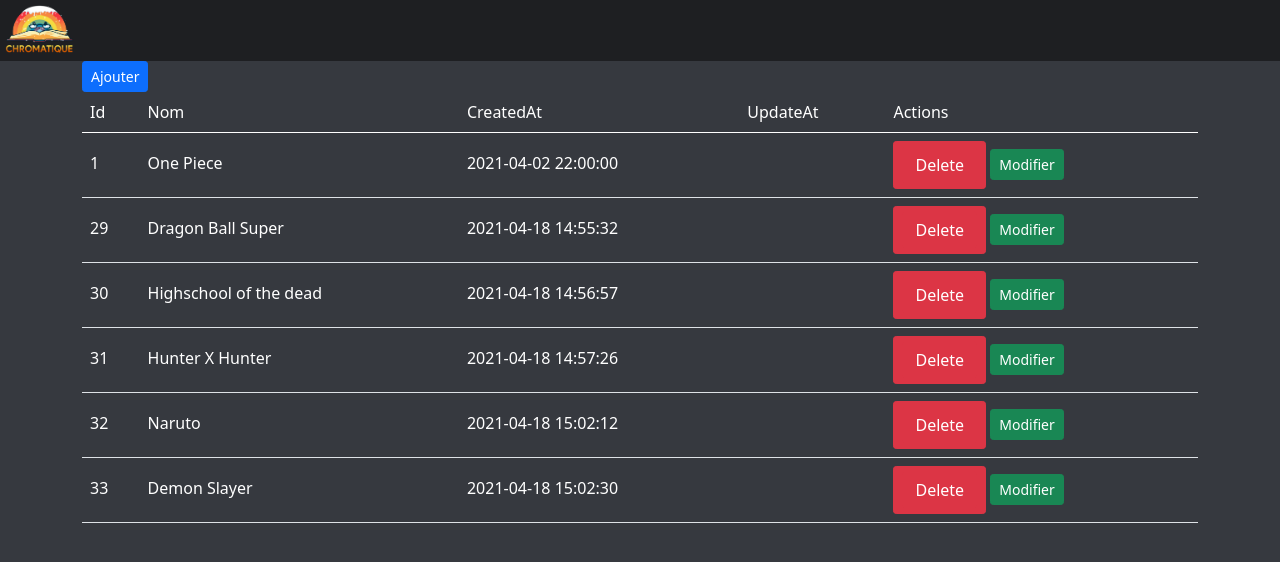
Repository: Codesieg/Chromatique
Page: http://localhost/admin
An editor plug-in stored every save of this project. The page is shown before and after the next save, followed by the edit.
The browser window is 1280 px wide. The pictures show the whole page.
Some icons come from a web library that is not loaded, so they are not drawn. The page is served by the project's Laravel application, run on PHP 8.4 with Laravel 8. Other server files are loaded and not shown. The database holds what the project's SQL file puts in it.

Above is the page before, as saved 2021-04-20 15:56:38.

### chromatique/routes/web.php
<?php


use Illuminate\Support\Facades\Route;
use App\Http\Controllers\MangasController;
use App\Http\Controllers\TomesController;
use App\Http\Controllers\AdminMangasController;

/*
|--------------------------------------------------------------------------
| Web Routes
|--------------------------------------------------------------------------
|
| Here is where you can register web routes for your application. These
| routes are loaded by the RouteServiceProvider within a group which
| contains the "web" middleware group. Now create something great!
|
*/
//-------------- Route front ----------------
// Route::get('/', [MangasController::class,'browse'])->name('browse_mangas');

Route::get(
    '/',
    [MangasController::class, 'browse']
)->name('browse_mangas');

Route::get(
    '/tome/{id}',
    [TomesController::class,'browse']
)->name('browse_tomes');

//-------------- Route back ----------------

Route::get(
    '/admin',
    [AdminMangasController::class, 'browse']
)->name('admin_browse_mangas');

Route::get(
    '/admin/add',
    [AdminMangasController::class, 'form']
)->name('admin_form_manga');

Route::post(
    '/admin/add',
    [AdminMangasController::class, 'add']
)->name('admin_add_manga');

Route::delete(
    '/admin/delete/{id}',
    [AdminMangasController::class, 'delete']
)->name('admin_delete_manga');

### chromatique/app/Http/Controllers/AdminMangasController.php
<?php

namespace App\Http\Controllers;

use App\Models\Mangas;
use Illuminate\Http\Request;
use App\Http\Controllers\Controller;
use Illuminate\Foundation\Auth\User;

class AdminMangasController extends Controller
{
    /**
     * Show all the mangas in database.
     *
     * @return App\Models\Mangas
     */
    public function browse()
    {
        $listManga = Mangas::all();

        return view('admin/browse', [
            'listMangas' => $listManga
        ]);
    }

    /**
     * Show the mangas by id.
     *
     * @return App\Models\Mangas
     */
    public function read($id)
    {
        return view('admin/details', [
            'manga' => Mangas::find($id)
        ]);
    }

    /**
     * Modify the mangas by id.
     *
     * @return App\Models\Mangas
     */
    public function edit($id)
    {
        return view('edit', [
            'manga' => Mangas::find($id)
        ]);
    }

    /**
     * Add a new manga.
     *
     *
     * @return void
     */
    public function form()
    {
        $uploaderList = User::All();
        // dd($uploaderList);

        return view('admin/form',
        ['uploaderList' => $uploaderList]
    );
    }

    /**
     * Show the application dashboard.
     *
     * @return \Illuminate\Http\Response
     */
    public function add(Request $request)
    {
        $mangaName = $request->input('mangaName');
        // $mangaJacket = $request->input('mangaJacket');
        $author = $request->input('author');
        $synopsis = $request->input('synopsis');
        $userId = $request->input('userId');

        $this->validate($request, [
                'mangaJacket' => 'required',
                'mangaJacket.*' => 'mimes:jpg,png'
        ]);
         // à la création d'un nouveua manga il faut créer un nouveau dossier
        // Récupérer le nom du fichier et le renomer

        if($request->hasfile('mangaJacket'))
        {
            $jacket = $request->file('mangaJacket');
            // dump($jacket->path());
            // dump($jacket->hashName());
            $name = '/' . $mangaName . '/' . $mangaName . '.' . $jacket->extension();
            // dump($name);

            $jacket->move(public_path().'/assets/mangas/'. ucfirst($mangaName), $name);
        }

        $file= new Mangas();
        $file->manga_name = $mangaName;
        $file->manga_jacket = ucfirst($name);
        $file->author = $author;
        $file->synopsis = $synopsis;
        $file->users_id = $userId ;
        $file->created_at = new \datetime();
        $file->save();

        // return redirect()->route('profile');
        return back()->with('success', 'Data Your files has been successfully added');
    }

    /**
     * DELETE a  manga.
     *
     * @return App\Models\Mangas
     */
    public function delete($id)
    {
        $manga = Mangas::find($id);

        if ($manga) {
            $manga::destroy($id);
            return back()->with($id . " supprimer", 200);
        } else {
            return back()->with('nop');
        }
    }

}

### chromatique/app/Models/Mangas.php
<?php

namespace App\Models;

use Illuminate\Database\Eloquent\Factories\HasFactory;
use Illuminate\Database\Eloquent\Model;

class Mangas extends Model
{
    use HasFactory;
    protected $fillable = [
        'manga_name',
        'manga_jacket',
        'author',
        'synopsis',
        'manga_banner',
        'users_id',
    ];
}

### chromatique/resources/views/admin/browse.blade.php
@extends ('layout')

@section('contenu')

<div class="container">
    <div class="add">
        <button type="button" class="btn btn-primary btn-sm"><a class="text-decoration-none text-white" href="{{route('admin_form_manga')}}">Ajouter</a></button>
    </div>

    <div class="col-12">
        <table class="table">
            <thead>
            <tr>
                <th class="text-white">Id</th>
                <th class="text-white">Nom</th>
                <th class="text-white">CreatedAt</th>
                <th class="text-white">UpdateAt</th>
                <th class="text-white">Actions</th>
            </tr>
            </thead>
            <tbody>
            @foreach ($listMangas as $manga)
            <tr>
                <td class="text-white">{{$manga->id}}</td>
                <td class="text-white">{{$manga->manga_name}}</td>
                <td class="text-white">{{$manga->created_at}}</td>
                <td class="text-white">{{$manga->update_at}}</td>
                <td>
                    <button type="button" class="btn btn-danger btn-sm text-decoration-none text-white">
                        <form action="{{route('admin_delete_manga', ['id' => $manga->id])}}" method="post">
                            <input class="btn btn-danger" type="submit" value="Delete">
                            <input type="hidden" name="_method" value="delete" />
                            <input type="hidden" name="_token" value="{{ csrf_token() }}">
                        </form>
                    </button>
                    <button type="button" class="btn btn-success btn-sm text-decoration-none text-white">
                        <a class="text-decoration-none text-white"  href="">Modifier</a>
                    </button>
                </td>
            </tr>
            @endforeach
            </tbody>
        </table>
    </div>
</div>
@endsection

### chromatique/resources/views/layout.blade.php
<!DOCTYPE html>
<html lang="fr">

<head>
    <meta charset="UTF-8">
    <meta http-equiv="X-UA-Compatible" content="IE=edge">
    <meta name="viewport" content="width=device-width, initial-scale=1.0">
    <title>Chromatique</title>
    <link rel="stylesheet" href="https://maxst.icons8.com/vue-static/landings/line-awesome/line-awesome/1.3.0/css/line-awesome.min.css">
    <link rel="stylesheet" href="<?= asset('assets/css/reset.css') ?>">
    <link href="https://cdn.jsdelivr.net/npm/bootstrap@5.0.0-beta3/dist/css/bootstrap.min.css" rel="stylesheet" integrity="sha384-eOJMYsd53ii+scO/bJGFsiCZc+5NDVN2yr8+0RDqr0Ql0h+rP48ckxlpbzKgwra6" crossorigin="anonymous">

    <link rel="stylesheet" href="<?= asset('assets/css/style.css') ?>">
</head>

<header>
    <div class="infos-menu">
        <div class="wrapper-menu">
            <img class="logo" src="<?= asset('assets/img/logo.png') ?>" alt="">
            <a href="{{route('browse_mangas')}}"><i class="las la-3x la-home white"></i></a>
            <a href="{{route('admin_browse_mangas')}}"><i class="las la-3x la-user-shield white"></i></a>
            <a href="https://discord.gg/3HH8Usj"><i class="lab la-3x la-discord white"></i></a>
            <a href="#"><i class="lab la-3x la-telegram white"></i></a>
            <a href="#"><i class="las la-3x la-info-circle white"></i></a>
        </div>
    </div>
</header>
<body >
    <!-- wrap -->

    @yield('contenu')



</body>
<script src="https://cdn.jsdelivr.net/npm/bootstrap@5.0.0-beta3/dist/js/bootstrap.bundle.min.js" integrity="sha384-JEW9xMcG8R+pH31jmWH6WWP0WintQrMb4s7ZOdauHnUtxwoG2vI5DkLtS3qm9Ekf" crossorigin="anonymous"></script>

</html>

### chromatique/public/assets/css/reset.css
/* http://meyerweb.com/eric/tools/css/reset/
   v2.0 | 20110126
   License: none (public domain)
*/

html,
body,
div,
span,
applet,
object,
iframe,
h1,
h2,
h3,
h4,
h5,
h6,
p,
blockquote,
pre,
a,
abbr,
acronym,
address,
big,
cite,
code,
del,
dfn,
em,
img,
ins,
kbd,
q,
s,
samp,
small,
strike,
strong,
sub,
sup,
tt,
var,
b,
u,
i,
center,
dl,
dt,
dd,
ol,
ul,
li,
fieldset,
form,
label,
legend,
table,
caption,
tbody,
tfoot,
thead,
tr,
th,
td,
article,
aside,
canvas,
details,
embed,
figure,
figcaption,
footer,
header,
hgroup,
menu,
nav,
output,
ruby,
section,
summary,
time,
mark,
audio,
video {
    margin: 0;
    padding: 0;
    border: 0;
    font-size: 100%;
    font: inherit;
    vertical-align: baseline;
}

a {
    text-decoration: none;
}


/* HTML5 display-role reset for older browsers */

article,
aside,
details,
figcaption,
figure,
footer,
header,
hgroup,
menu,
nav,
section {
    display: block;
}

body {
    line-height: 1;
}

ol,
ul {
    list-style: none;
}

blockquote,
q {
    quotes: none;
}

blockquote:before,
blockquote:after,
q:before,
q:after {
    content: '';
    content: none;
}

table {
    border-collapse: collapse;
    border-spacing: 0;
}

### chromatique/public/assets/css/style.css
body {
    margin: 0;
    background-color: #36393F;
}

.logo {
    margin: 5px 5px 5px 5px;
    width: 10%;
}

.logo__left {
    width: 50px
}

.infos-menu {
    display: flex;
    align-items: center;
    justify-content: space-between;
    background-color: #1e1f22;
    position: sticky;
}

.infos-menu i {
    margin-left: 2px;
}

.wrapper-menu {
    display: flex;
    align-items: center;
}

.la-user-shield {
    margin: 0 10px 0 0;
}

.search {
    position: relative;
    margin: 10px 0 0 0;
    float: left;
    top: 50px;
    right: 50px;
}

.field {
    border: 0 !important;
    width: 100% !important;
    height: 100% !important;
    padding: 10px 20px !important;
    background: white !important;
    border-radius: 3px !important;
    box-shadow: 0px 8px 15px rgba(75, 72, 72, 0.1) !important;
    -webkit-transition: all 0.4s ease !important;
    transition: all 0.4s ease !important;
}

.login {
    display: flex;
    align-items: center;
    margin: 0 20px 0 0px;
}

.login a {
    margin: 0 5px 0 5px;
    text-decoration: none;
    font-size: 1.5em;
    color: #fff;
    padding: 5px 5px 5px 5px;
}

.dropdown-login {
    position: relative;
    display: inline-block;
    margin: 0 0 0 50px;
}

.dropdown-login:hover .dropdown-content {
    display: flex;
    flex-direction: column;
}

.dropdown-content {
    display: none;
    position: absolute;
    background-color: #1e1f22;
    min-width: 260px;
    top: 85%;
    right: 5%;
    box-shadow: 0px 8px 16px 0px rgba(0, 0, 0, 0.2);
    padding: 30px 8px 16px 8px;
    z-index: 1;
}

.white {
    color: #ffff;
    text-decoration: none;
}

p {
    color: white;
}

h1 {
    font-size: 1.5em;
    text-align: center;
    padding: 10px 0 0 0;
}

.main {
    width: 80%;
    margin: 20px auto;
    display: flex;
    justify-content: center;
}

.content {
    display: flex;
    flex-direction: column;
}

.hot {
    border-bottom: solid #DCDDDE 1px;
    color: #DCDDDE;
    font-size: 1.8em;
    padding: 0 0 5px 0;
}

.cards {
    display: flex;
    justify-content: center;
    align-self: center;
    flex-wrap: wrap;
    width: 60%;
}

.card {
    background-color: #1e1f22;
    margin: 10px;
    padding: 10px;
    display: flex;
    flex-direction: column;
}

.card p {
    text-align: center;
    margin: 7px 0 0 0;
}

.stats {
    display: flex;
    margin: 10px 0 10px 0;
}

.views {
    display: flex;
}

.resume {
    width: 75%;
    margin: 5px 0 0 0;
    font-size: 1.2em;
    font-family: 'Lucida Sans', 'Lucida Sans Regular', 'Lucida Grande', 'Lucida Sans Unicode', Geneva, Verdana, sans-serif;
}

.cover {
    width: 290px;
    height: 450px;
    display: flex;
    align-self: center;
}

.main-cover {
    position: relative;
    float: right;
    top: 50px;
    left: 100px;
}


/*  Détails page */

### Docs/chromatique.sql (the tables this page reads)
CREATE TABLE IF NOT EXISTS `mangas` (
  `id` int(10) UNSIGNED NOT NULL AUTO_INCREMENT,
  `manga_name` varchar(45) DEFAULT NULL COMMENT 'Nom du manga',
  `author` varchar(45) DEFAULT NULL COMMENT 'Auteur du manga',
  `synopsis` mediumtext COMMENT 'Résumé du manga',
  `manga_jacket` varchar(255) NOT NULL COMMENT 'Couverture du manga',
  `manga_banner` varchar(45) DEFAULT NULL COMMENT 'bannière de page du manga',
  `manga_directory` varchar(60) DEFAULT NULL,
  `home_order` int(11) DEFAULT '0',
  `created_at` timestamp NULL DEFAULT NULL,
  `updated_at` timestamp NULL DEFAULT NULL,
  `users_id` int(10) UNSIGNED NOT NULL,
  `chapter_id` int(11) NOT NULL,
  PRIMARY KEY (`id`,`users_id`),
  UNIQUE KEY `id_UNIQUE` (`id`),
  KEY `fk_mangas_users1_idx` (`users_id`)
) ENGINE=InnoDB AUTO_INCREMENT=34 DEFAULT CHARSET=utf8;

INSERT INTO `mangas` (`id`, `manga_name`, `author`, `synopsis`, `manga_jacket`, `manga_banner`, `manga_directory`, `home_order`, `created_at`, `updated_at`, `users_id`, `chapter_id`) VALUES
(1, 'One Piece', NULL, NULL, '/tome_93/tome-93.jpg', NULL, '/One_Piece', 0, '2021-04-02 22:00:00', NULL, 1, 0),
(29, 'Dragon Ball Super', NULL, NULL, '/Dragon Ball Super/Dragon Ball Super.jpg', NULL, NULL, 0, '2021-04-18 14:55:32', '2021-04-18 14:55:32', 1, 0),
(30, 'Highschool of the dead', NULL, NULL, '/Highschool of the dead/Highschool of the dead.jpg', NULL, NULL, 0, '2021-04-18 14:56:57', '2021-04-18 14:56:57', 1, 0),
(31, 'Hunter X Hunter', NULL, NULL, '/Hunter X Hunter/Hunter X Hunter.jpg', NULL, NULL, 0, '2021-04-18 14:57:26', '2021-04-18 14:57:26', 1, 0),
(32, 'Naruto', NULL, NULL, '/Naruto/Naruto.jpg', NULL, NULL, 0, '2021-04-18 15:02:12', '2021-04-18 15:02:12', 1, 0),
(33, 'Demon Slayer', NULL, NULL, '/Demon Slayer/Demon Slayer.jpg', NULL, NULL, 0, '2021-04-18 15:02:30', '2021-04-18 15:02:30', 1, 0);

ALTER TABLE `mangas`
  ADD CONSTRAINT `fk_mangas_users1` FOREIGN KEY (`users_id`) REFERENCES `users` (`id`) ON DELETE NO ACTION ON UPDATE NO ACTION;

Loaded but not shown: chromatique/app/Providers/AppServiceProvider.php (common file); chromatique/app/Http/Controllers/Controller.php (common file)

After the next save:
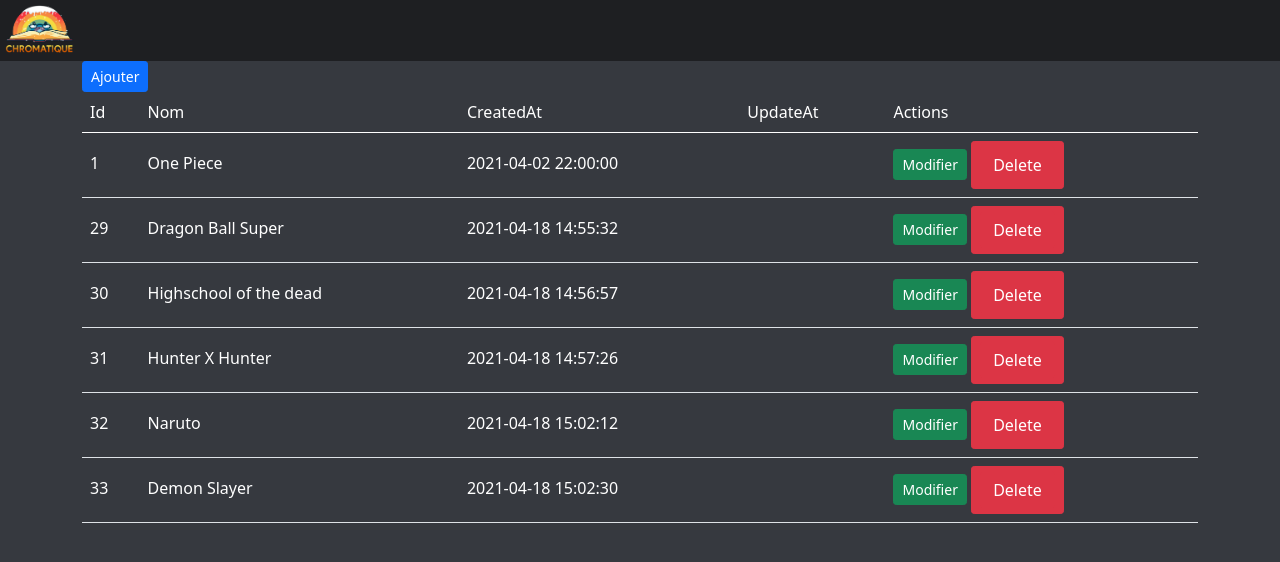
Saved 69 s later.
--- a/chromatique/resources/views/admin/browse.blade.php
+++ b/chromatique/resources/views/admin/browse.blade.php
@@ -26,15 +26,15 @@
                 <td class="text-white">{{$manga->created_at}}</td>
                 <td class="text-white">{{$manga->update_at}}</td>
                 <td>
+                    <button type="button" class="btn btn-success btn-sm text-decoration-none text-white">
+                        <a class="text-decoration-none text-white"  href="">Modifier</a>
+                    </button>
                     <button type="button" class="btn btn-danger btn-sm text-decoration-none text-white">
                         <form action="{{route('admin_delete_manga', ['id' => $manga->id])}}" method="post">
                             <input class="btn btn-danger" type="submit" value="Delete">
                             <input type="hidden" name="_method" value="delete" />
                             <input type="hidden" name="_token" value="{{ csrf_token() }}">
                         </form>
-                    </button>
-                    <button type="button" class="btn btn-success btn-sm text-decoration-none text-white">
-                        <a class="text-decoration-none text-white"  href="">Modifier</a>
                     </button>
                 </td>
             </tr>
